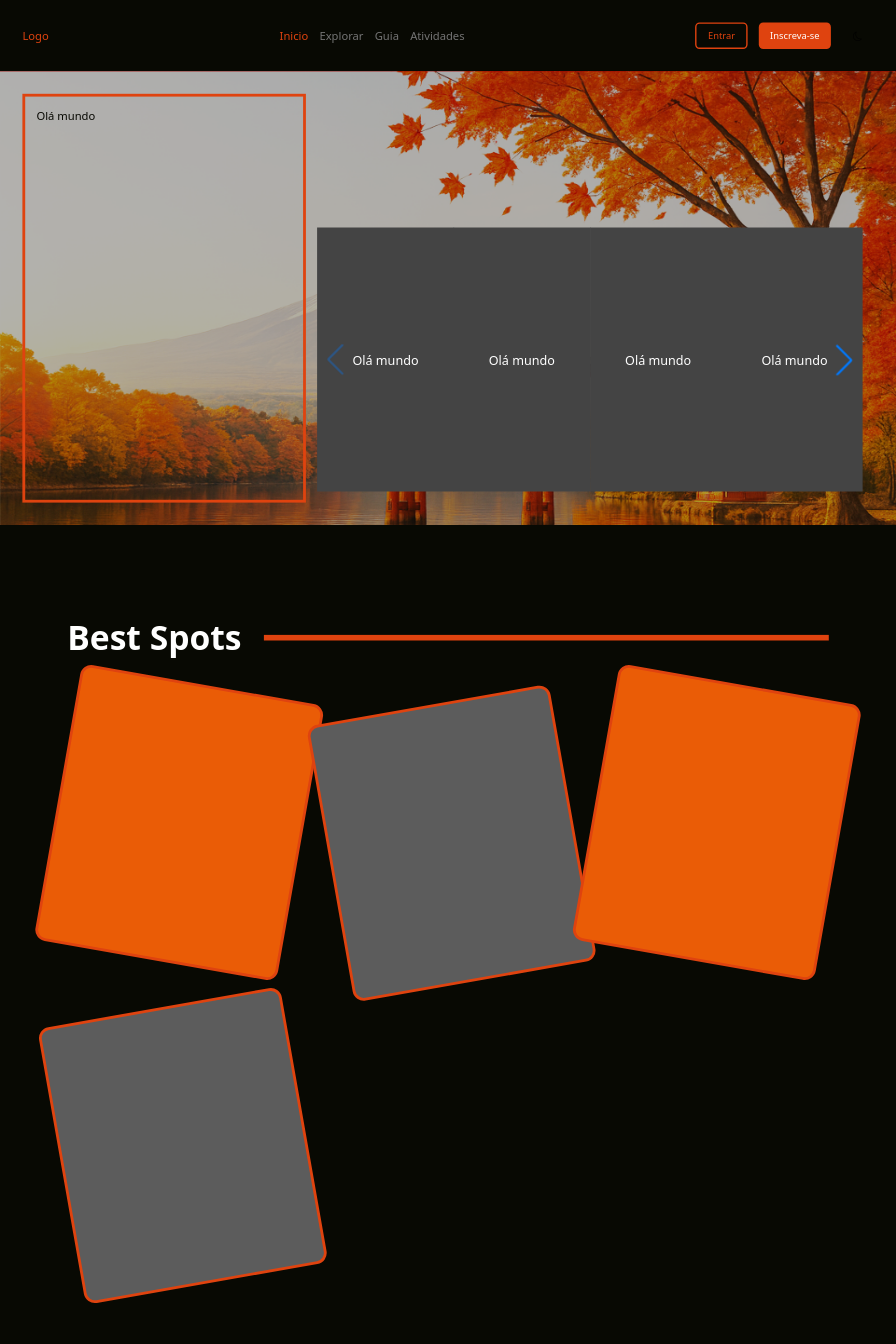
Repository: pedroantoniosi/readleaf--site
Page: /
An editor plug-in stored every save of this project. The page is shown before and after the next save, followed by the edit.
The browser window is 1280 px wide. The pictures show the part of the page from y = 0 to 1920 px (the page is 5163 px tall), at 70% of full size.
The project was rebuilt for these pictures with package versions that can differ from the ones it lists, and the page was loaded fresh each time. Also part of the build but not shown: vite.config.ts.

Above is the page before, as saved 2025-11-27 17:46:40.

After the next save:
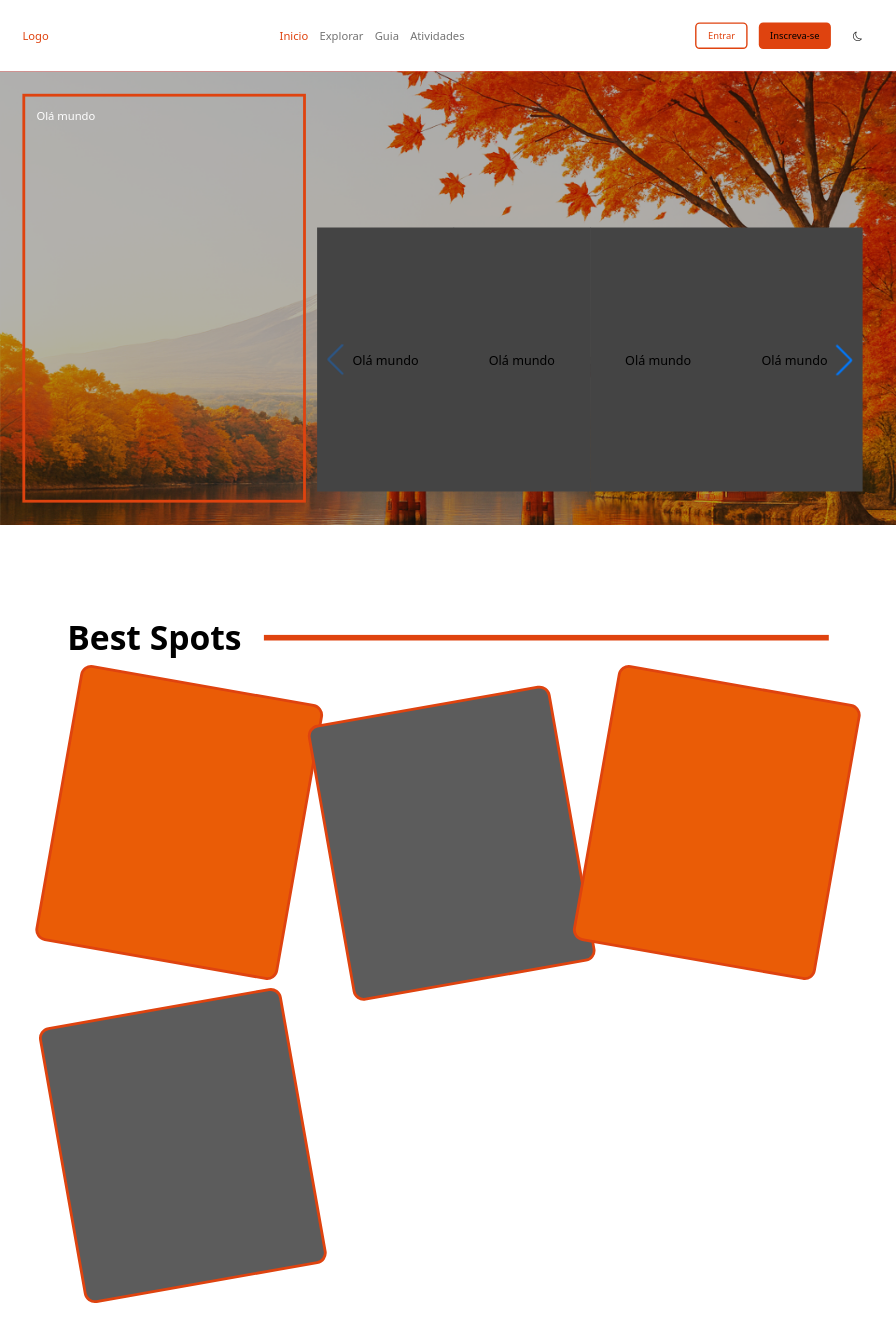
Saved 6 s later.
--- a/index.html
+++ b/index.html
@@ -1,5 +1,5 @@
 <!doctype html>
-<html lang="en" data-theme="dark">
+<html lang="en">
 
 <head>
   <meta charset="UTF-8" />
